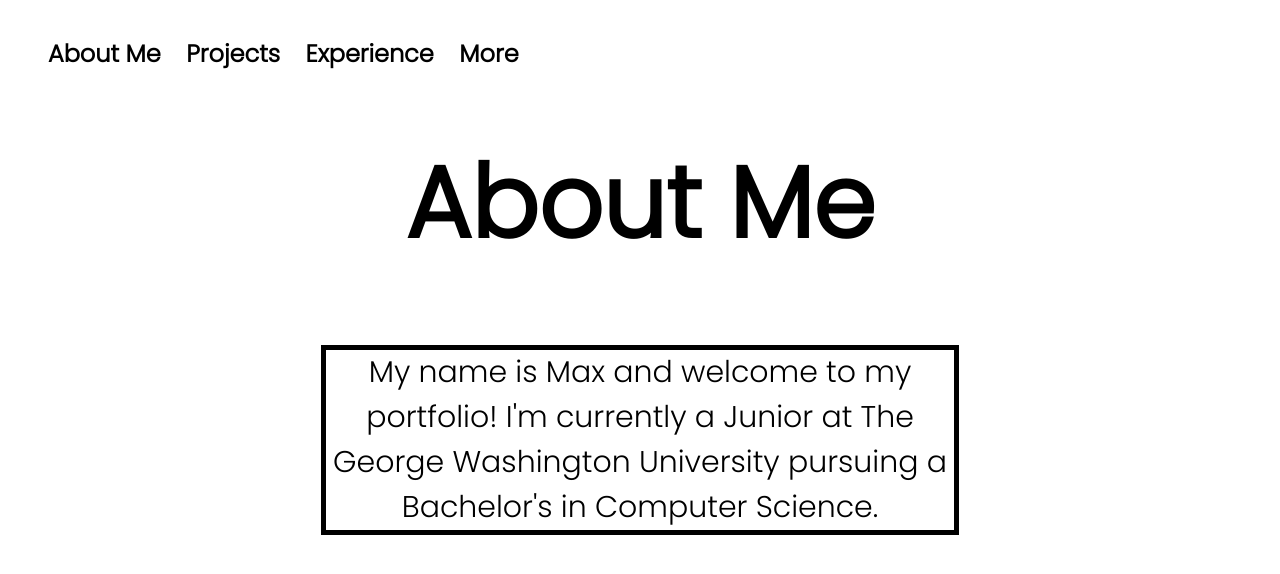
Repository: notMaximilian/maximilianaquino.github.io
Page: about.html
An editor plug-in stored every save of this project. The page is shown before and after the next save, followed by the edit.
The browser window is 1280 px wide. The pictures show the whole page.

Above is the page before, as saved 2022-02-10 09:49:39.

After the next save:
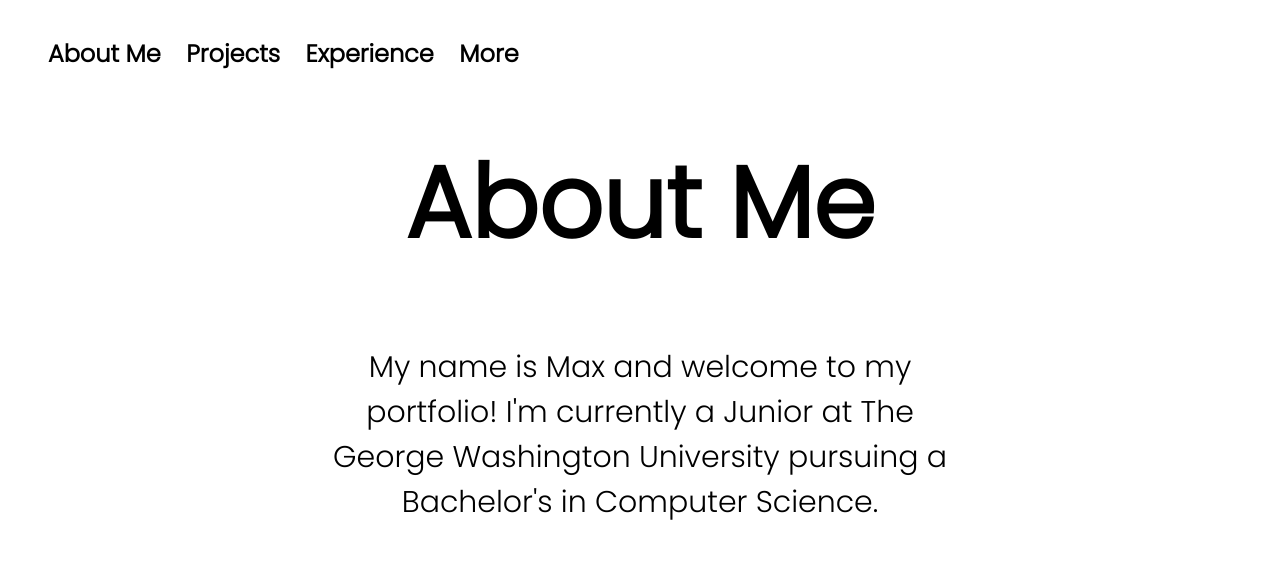
Saved 18 s later.
--- a/css/subpage.css
+++ b/css/subpage.css
@@ -41,7 +41,7 @@ p{
     inline-size: 49vw;
     font-family: "Poppins", sans-serif;
     text-align: center;
-    border: 5px solid black;
+    /* border: 5px solid black; */
     margin: 0 auto;
     font-size: 30px ;
 }
